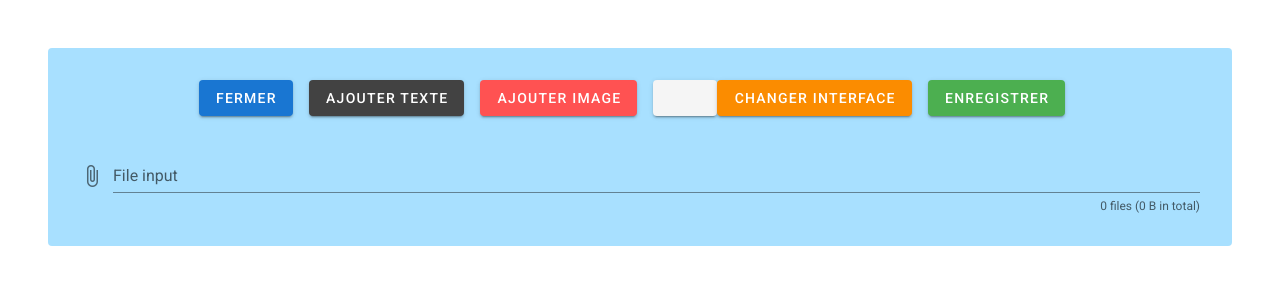
Repository: Hamagistral/BannerApp-Vue
Page: /#/dynamicPage
An editor plug-in stored every save of this project. The page is shown before and after the next save, followed by the edit.
The browser window is 1280 px wide. The pictures show the whole page.
The project was rebuilt for these pictures with package versions that can differ from the ones it lists, and the page was loaded fresh each time. Also part of the build but not shown: vue.config.js, src/components/WidgetText.vue, src/components/WidgetImage.vue, src/components/Home.vue.

Above is the page before, as saved 2023-02-07 01:49:30.

After the next save:
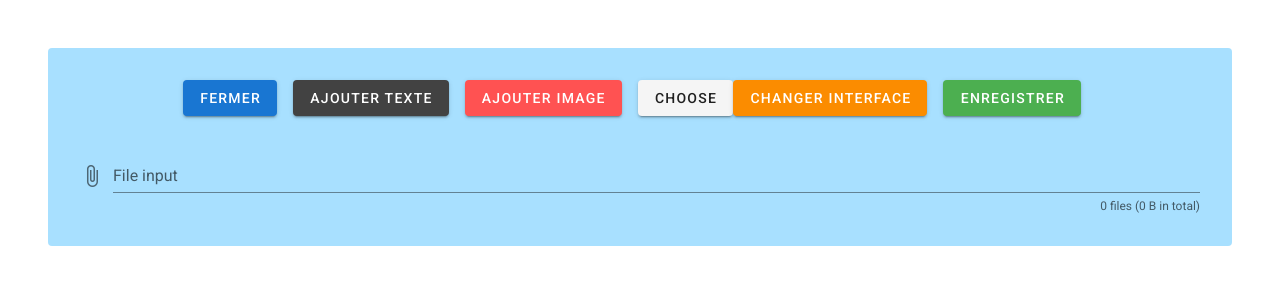
Saved 6 s later.
--- a/src/components/DynamicPage.vue
+++ b/src/components/DynamicPage.vue
@@ -15,6 +15,7 @@
         </v-btn>
 
         <v-btn>
+              Choose
               <template v-slot:append>
                 <v-menu v-model="menu" top nudge-bottom="105" nudge-left="16" :close-on-content-click="false">
                   <template v-slot:activator="{ on }">
